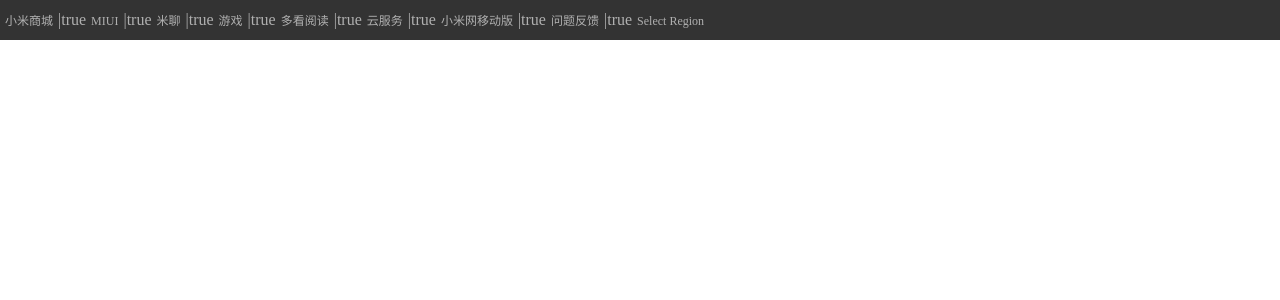
Repository: jijiajia19/mvue-by-jacle
Page: /
The author's editor kept a copy of each file at every save. The page is drawn from the files as they stood at one save, then again after the next save.
The browser window is 1280 px wide. The pictures show the whole page.
The project was rebuilt for these pictures with package versions that can differ from the ones it lists, and the page was loaded fresh each time. Also part of the build but not shown: vue.config.js.

Above is the page before, as saved 2022-02-22 13:59:48.

After the next save:
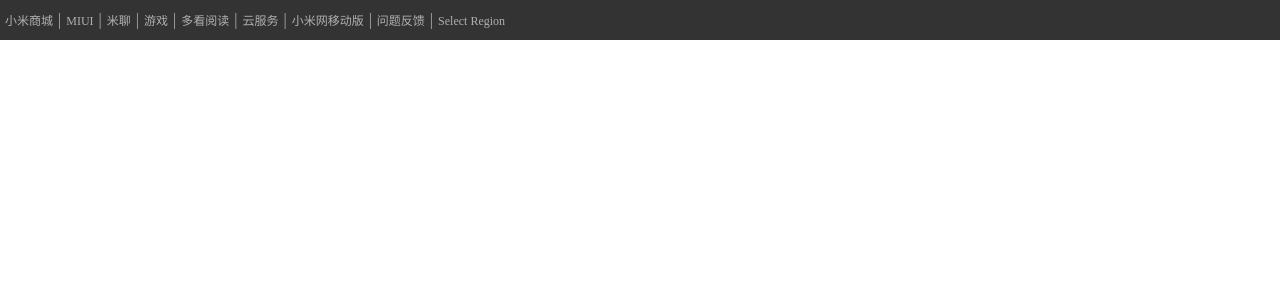
Saved 5 s later.
--- a/src/components/Header.vue
+++ b/src/components/Header.vue
@@ -20,9 +20,7 @@
                             >{{ item.name }}</a
                         >
                     </template>
-                    <span class="nav-separate" v-show="index != 8"
-                        >|{{ index != 8 }}</span
-                    >
+                    <span class="nav-separate" v-show="index != 8">|</span>
                 </li>
             </ul>
         </div>
